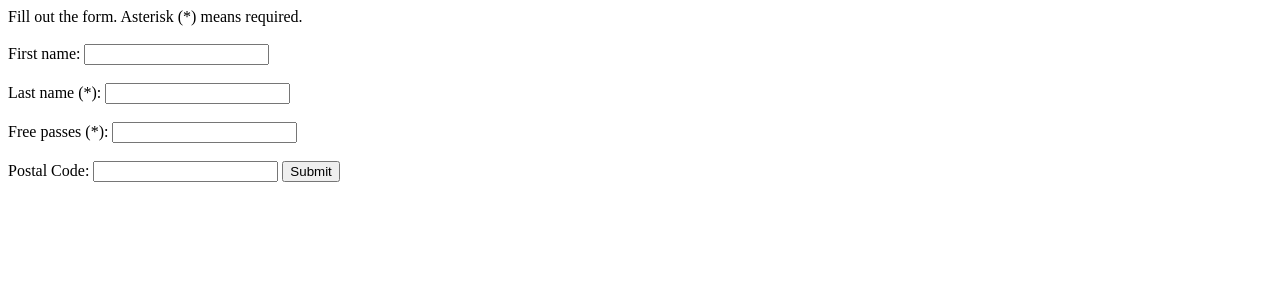
Repository: mayaugusto7/spring-hibernate-review
Page: http://localhost/spring-mvc-demo/customer/showForm
The author's editor kept a copy of each file at every save. The page is drawn from the files as they stood at one save, then again after the next save.
The browser window is 1280 px wide. The pictures show the whole page.
The page is served by Tomcat 9.

Above is the page before, as saved 2020-07-05 16:38:36.

After the next save:
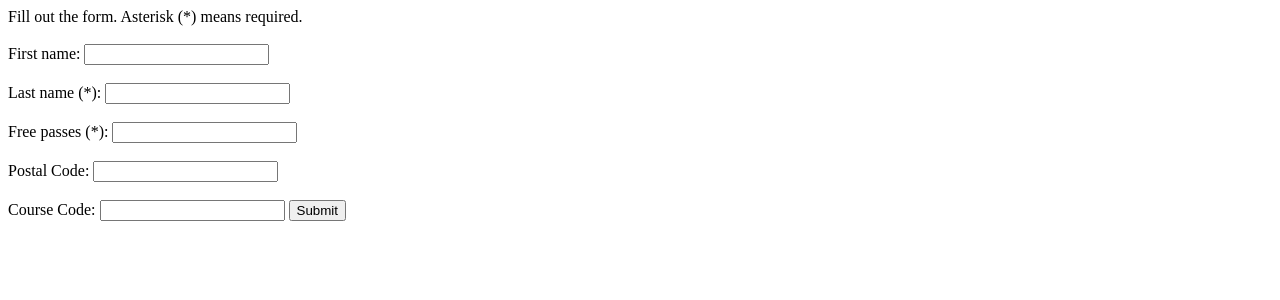
Saved 31 s later.
--- a/spring-mvc-demo/WebContent/WEB-INF/view/customer-form.jsp
+++ b/spring-mvc-demo/WebContent/WEB-INF/view/customer-form.jsp
@@ -38,6 +38,11 @@ Fill out the form. Asterisk (*) means required.
 	Postal Code: <form:input path="postalCode"/>
 	<form:errors path="postalCode" cssClass="error"/>
 
+	<br/><br/>
+
+	Course Code: <form:input path="courseCode"/>
+	<form:errors path="postalCode" cssClass="error"/>
+
 	<input type="submit" value="Submit" />
 </form:form>
 
